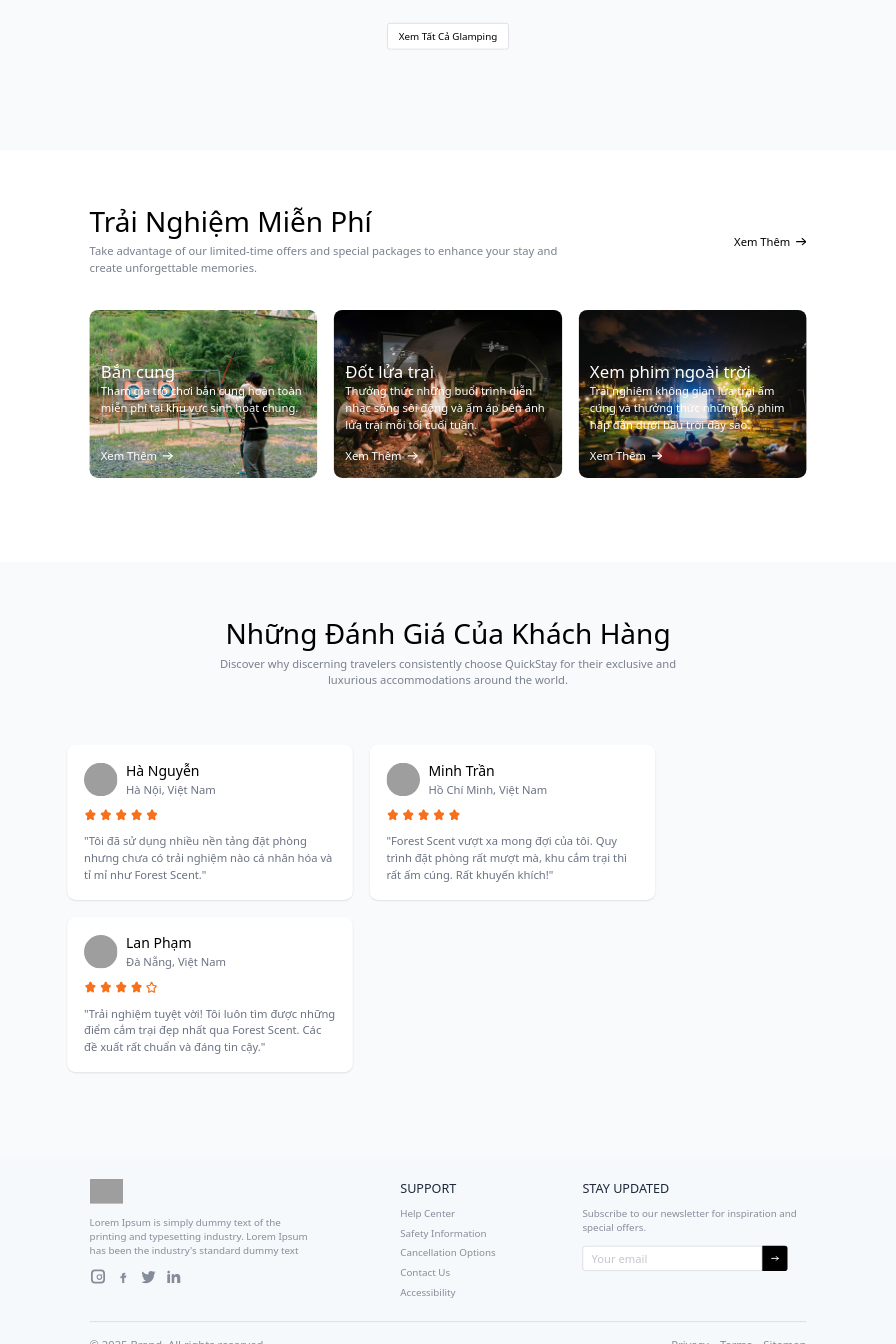
Repository: Ponn-Star/My-App
Page: / (app in FrontEnd/)
An editor plug-in stored every save of this project. The page is shown before and after the next save, followed by the edit.
The browser window is 1280 px wide. The pictures show the part of the page from y = 1384 to 3304 px (the page is 3337 px tall), at 70% of full size.
Pictures or frames that could not be fetched are drawn as grey boxes. The page's requests for data from a server got no answer. The project was rebuilt for these pictures with package versions that can differ from the ones it lists, and the page was loaded fresh each time. Some packages were replaced by stand-ins written for this rebuild. No one was signed in, and anything a server would have sent is missing. Also part of the build but not shown: FrontEnd/vite.config.js, FrontEnd/src/assets/assets.js, FrontEnd/src/components/Admin/Navbar.jsx, FrontEnd/src/pages/AllRooms.jsx, FrontEnd/src/pages/RoomDetails.jsx, FrontEnd/src/pages/MyBookings.jsx, FrontEnd/src/components/Admin/Sidebar.jsx, FrontEnd/src/pages/Admin/Layout.jsx and 5 more.

Above is the page before, as saved 2025-06-06 00:13:29.

### FrontEnd/index.html
<!doctype html>
<html lang="en">
  <head>
    <meta charset="UTF-8" />
    <link rel="icon" type="image/svg+xml" href="/favicon.svg" />
    <meta name="viewport" content="width=device-width, initial-scale=1.0" />
    <title>Booking</title>
  </head>
  <body>
    <div id="root"></div>
    <script type="module" src="/src/main.jsx"></script>
  </body>
</html>

### FrontEnd/src/main.jsx
import { StrictMode } from 'react'
import { createRoot } from 'react-dom/client'
import './index.css'
import App from './App.jsx'
import { BrowserRouter } from 'react-router-dom'
import { ClerkProvider } from '@clerk/clerk-react'
import { AppProvider } from './conext/AppContext.jsx'

const PUBLISHABLE_KEY = import.meta.env.VITE_CLERK_PUBLISHABLE_KEY

if (!PUBLISHABLE_KEY) {
  throw new Error('Add your Clerk Publishable Key to the .env file')
}

createRoot(document.getElementById('root')).render(
  <ClerkProvider publishableKey={PUBLISHABLE_KEY} afterSignOutUrl="/">
    <BrowserRouter>
      <AppProvider>
        <App />
      </AppProvider>
    </BrowserRouter>
    </ClerkProvider>,
)

### FrontEnd/src/App.jsx
import React from 'react'
import Navbar from './components/Navbar'
import AdminNavbar from './components/Admin/Navbar'
import { Route, Routes, useLocation } from 'react-router-dom'
import Home from './pages/Home'
import AllRooms from './pages/AllRooms';
import RoomDetails from './pages/RoomDetails';
import Footer from './components/Footer';
import MyBookings from './pages/MyBookings';
import Layout from './pages/Admin/Layout';
import Dashboard from './pages/Admin/Dashboard';
import ListRoom from './pages/Admin/ListRoom';
import AddRoom from './pages/Admin/AddRoom';
import AdminRoute from './components/AdminRoute'
import { Toaster } from 'react-hot-toast';
import Loader from './components/Loader'

function App() {

  const location = useLocation();
  const isAdminRoute = location.pathname.startsWith('/admin');

  return (
    <div>
      <Toaster />
      {isAdminRoute ? <AdminNavbar /> : <Navbar />}
      <div className='min-h-[70vh]'>
        <Routes>
        <Route path='/' element={<Home />} />
        <Route path='/rooms' element={<AllRooms />} />
        <Route path='/rooms/:id' element={<RoomDetails />} />
        <Route path='/my-bookings' element={<MyBookings />} />
        <Route path='/loader/:nextUrl' element={<Loader/>} />

        <Route path='/admin' element={<Layout />}>
          <Route index element={
            <AdminRoute>
              <Dashboard />
            </AdminRoute>
          } />
          <Route path='add-room' element={
            <AdminRoute>
              <AddRoom />
            </AdminRoute>
          } />
          <Route path='list-room' element={
            <AdminRoute>
              <ListRoom />
            </AdminRoute>
          } />
        </Route>
      </Routes>
      </div>
      <Footer />
    </div>
  )
}

export default App

### FrontEnd/src/conext/AppContext.jsx
import axios from "axios";
import { createContext, useContext, useState } from "react";
import { useNavigate } from "react-router-dom";
import { useUser, useAuth} from "@clerk/clerk-react";
import { toast } from 'react-hot-toast';
import { useEffect } from "react";


axios.defaults.baseURL = import.meta.env.VITE_BACKEND_URL;

const AppContext = createContext();

export const AppProvider = ({ children }) => {

    const currency = import.meta.env.VITE_CURENCY || ".000 VND";
    const navigate = useNavigate();
    const {user} = useUser();
    const { getToken } = useAuth();

    const [isOwner, setIsOwner] = useState(false)
    const [showRoomReg, setRoomReg] = useState(false)
    const [searchedRoomType, setsearchedRoomType] = useState([])

    const fetchUser = async ()=>{
        try {
            const { data } = await axios.get('/api/user', {
                headers: { Authorization: `Bearer ${await getToken()}` }
            });

            if (data.success) {
                setIsOwner(data.role === "Admin");
                setsearchedRoomType(data.recentSearchedRoomType);
            } else {
                setTimeout(() => {
                fetchUser();
                }, 5000);
            }
            } catch (error) {
                toast.error(error.message)
            }
        }

        useEffect(()=> {
            if(user){
                fetchUser();
            }
        },[user])


  const value = {
        currency, navigate, user, getToken, isOwner, setIsOwner, axios, showRoomReg, setRoomReg, searchedRoomType, setsearchedRoomType
  }

  return (
    <AppContext.Provider value={value}>
      {children}
    </AppContext.Provider>
  )
}

export const useAppContext = ()=> useContext(AppContext);

### FrontEnd/src/pages/Home.jsx
import React from 'react'
import Hero from '../components/Hero'
import FeaturedDestination from '../components/FeaturedDestination'
import ExclusiveOffers from '../components/ExclusiveOffers'
import Testimonial from '../components/Testimonial'

const Home = () => {
  return (
    <>
      <Hero />
      <FeaturedDestination />
      <ExclusiveOffers />
      <Testimonial />
    </>
  )
}

export default Home

### FrontEnd/src/components/Footer.jsx
import React from 'react'

const Footer = () => {
    return (
        <div className='bg-[#F6F9FC] text-gray-500/80 pt-8 px-6 md:px-16 lg:px-24 xl:px-32'>
            <div className='flex flex-wrap justify-between gap-12 md:gap-6'>
                <div className='max-w-80'>
                    <img src="https://raw.githubusercontent.com/prebuiltui/prebuiltui/main/assets/dummyLogo/dummyLogoColored.svg" alt="logo" className='mb-4 h-8 md:h-9' />
                    <p className='text-sm'>
                        Lorem Ipsum is simply dummy text of the printing and typesetting industry. Lorem Ipsum has been the industry's standard dummy text
                    </p>
                    <div className='flex items-center gap-3 mt-4'>
                        {/* Instagram */}
                        <svg className="w-6 h-6" fill="currentColor" viewBox="0 0 24 24">
                            <path d="M7.75 2A5.75 5.75 0 002 7.75v8.5A5.75 5.75 0 007.75 22h8.5A5.75 5.75 0 0022 16.25v-8.5A5.75 5.75 0 0016.25 2h-8.5zM4.5 7.75A3.25 3.25 0 017.75 4.5h8.5a3.25 3.25 0 013.25 3.25v8.5a3.25 3.25 0 01-3.25 3.25h-8.5a3.25 3.25 0 01-3.25-3.25v-8.5zm9.5 1a4 4 0 11-4 4 4 4 0 014-4zm0 1.5a2.5 2.5 0 102.5 2.5 2.5 2.5 0 00-2.5-2.5zm3.5-.75a.75.75 0 11.75-.75.75.75 0 01-.75.75z" />
                        </svg>
                        {/* Facebook */}
                        <svg className="w-6 h-6" fill="currentColor" viewBox="0 0 24 24">
                            <path d="M13.5 9H15V6.5h-1.5c-1.933 0-3.5 1.567-3.5 3.5v1.5H8v3h2.5V21h3v-7.5H16l.5-3h-3z" />
                        </svg>
                        {/* Twitter */}
                        <svg className="w-6 h-6" fill="currentColor" viewBox="0 0 24 24">
                            <path d="M22 5.92a8.2 8.2 0 01-2.36.65A4.1 4.1 0 0021.4 4a8.27 8.27 0 01-2.6 1A4.14 4.14 0 0016 4a4.15 4.15 0 00-4.15 4.15c0 .32.04.64.1.94a11.75 11.75 0 01-8.52-4.32 4.14 4.14 0 001.29 5.54A4.1 4.1 0 013 10v.05a4.15 4.15 0 003.33 4.07 4.12 4.12 0 01-1.87.07 4.16 4.16 0 003.88 2.89A8.33 8.33 0 012 19.56a11.72 11.72 0 006.29 1.84c7.55 0 11.68-6.25 11.68-11.67 0-.18 0-.35-.01-.53A8.18 8.18 0 0022 5.92z" />
                        </svg>
                        {/* LinkedIn */}
                        <svg className="w-6 h-6" fill="currentColor" viewBox="0 0 24 24">
                            <path d="M4.98 3.5C3.88 3.5 3 4.38 3 5.48c0 1.1.88 1.98 1.98 1.98h.02c1.1 0 1.98-.88 1.98-1.98C6.98 4.38 6.1 3.5 4.98 3.5zM3 8.75h3.96V21H3V8.75zm6.25 0h3.8v1.68h.05c.53-.98 1.82-2.02 3.75-2.02 4.01 0 4.75 2.64 4.75 6.07V21H17v-5.63c0-1.34-.03-3.07-1.88-3.07-1.88 0-2.17 1.47-2.17 2.98V21H9.25V8.75z" />
                        </svg>
                    </div>
                </div>

                <div>
                    <p className='text-lg text-gray-800'>SUPPORT</p>
                    <ul className='mt-3 flex flex-col gap-2 text-sm'>
                        <li><a href="#">Help Center</a></li>
                        <li><a href="#">Safety Information</a></li>
                        <li><a href="#">Cancellation Options</a></li>
                        <li><a href="#">Contact Us</a></li>
                        <li><a href="#">Accessibility</a></li>
                    </ul>
                </div>

                <div className='max-w-80'>
                    <p className='text-lg text-gray-800'>STAY UPDATED</p>
                    <p className='mt-3 text-sm'>
                        Subscribe to our newsletter for inspiration and special offers.
                    </p>
                    <div className='flex items-center mt-4'>
                        <input type="text" className='bg-white rounded-l border border-gray-300 h-9 px-3 outline-none' placeholder='Your email' />
                        <button className='flex items-center justify-center bg-black h-9 w-9 aspect-square rounded-r'>
                            {/* Arrow icon */}
                            <svg className="w-4 h-4 text-white" aria-hidden="true" xmlns="http://www.w3.org/2000/svg" width="24" height="24" fill="none" viewBox="0 0 24 24"><path stroke="currentColor" strokeLinecap="round" strokeLinejoin="round" strokeWidth="2" d="M19 12H5m14 0-4 4m4-4-4-4" /></svg>
                        </button>
                    </div>
                </div>
            </div>
            <hr className='border-gray-300 mt-8' />
            <div className='flex flex-col md:flex-row gap-2 items-center justify-between py-5'>
                <p>© {new Date().getFullYear()} Brand. All rights reserved.</p>
                <ul className='flex items-center gap-4'>
                    <li><a href="#">Privacy</a></li>
                    <li><a href="#">Terms</a></li>
                    <li><a href="#">Sitemap</a></li>
                </ul>
            </div>
        </div>
    );
};

export default Footer;

### FrontEnd/src/components/Hero.jsx
import React from 'react'
import { roomTypes } from '../assets/assets'

const Hero = () => {
  return (
    <div className='flex flex-col items-start justify-center px-6 md:px-16 lg:px-24 xl:px-32 text-white bg-[url("/src/assets/nen.jpg")] bg-no-repeat bg-cover bg-center h-screen'>
      <p className="bg-[#49B9FF]/50 px-3.5 py-1 rounded-full mt-20">The Premium Glamping</p>
      <h1 className="font-playfair text-2x1 md:text-5x1 md:text-[50px] md:leading-[56px] font-bold md:font-extrabold max-w-xl mt-4">CỰC CHILL CẮM TRẠI BBQ TRƯỚC LỀU!</h1>
      <p className="max-w-170 mt-2 text-sm md:text-base">Giữa rừng thông lặng lẽ, 𝐅𝐨𝐫𝐞𝐬𝐭 𝐒𝐜𝐞𝐧𝐭 𝐆𝐥𝐚𝐦𝐩𝐢𝐧𝐠 & 𝐂𝐚𝐦𝐩𝐢𝐧𝐠 không ồn ào, không vội vã, không deadline. Chỉ cần xách balo lên và để 𝐅𝐨𝐫𝐞𝐬𝐭 𝐒𝐜𝐞𝐧𝐭 lo. Mọi thứ đã sẵn sàng để bạn “nghỉ ngơi” đúng nghĩa</p>

      <form className='bg-white text-gray-500 rounded-lg px-6 py-4 flex flex-col md:flex-row max-md:items-start gap-4 max-md:mx-auto mt-10'>

            <div>
                <div className='flex items-center gap-2'>
                    <svg className="w-4 h-4 text-gray-800" aria-hidden="true" xmlns="http://www.w3.org/2000/svg" width="24" height="24" fill="none" viewBox="0 0 24 24" >
                        <path stroke="currentColor" strokeLinecap="round" strokeLinejoin="round" strokeWidth="2" d="M4 10h16M8 14h8m-4-7V4M7 7V4m10 3V4M5 20h14a1 1 0 0 0 1-1V7a1 1 0 0 0-1-1H5a1 1 0 0 0-1 1v12a1 1 0 0 0 1 1Z" />
                    </svg>
                    <label htmlFor="destinationInput">Destination</label>
                </div>
                <input list='destinations' id="destinationInput" type="text" className=" rounded border border-gray-200 px-3 py-1.5 mt-1.5 text-sm outline-none" placeholder="Type here" required />
                <datalist id='destinations'>
                  {roomTypes.map((city, index) => (
                    <option value={index} key={city}/>
                  ))}
                  /</datalist>
            </div>

            <div>
                <div className='flex items-center gap-2'>
                    <svg className="w-4 h-4 text-gray-800" aria-hidden="true" xmlns="http://www.w3.org/2000/svg" width="24" height="24" fill="none" viewBox="0 0 24 24" >
                        <path stroke="currentColor" strokeLinecap="round" strokeLinejoin="round" strokeWidth="2" d="M4 10h16M8 14h8m-4-7V4M7 7V4m10 3V4M5 20h14a1 1 0 0 0 1-1V7a1 1 0 0 0-1-1H5a1 1 0 0 0-1 1v12a1 1 0 0 0 1 1Z" />
                    </svg>
                    <label htmlFor="checkIn">Check in</label>
                </div>
                <input id="checkIn" type="date" className=" rounded border border-gray-200 px-3 py-1.5 mt-1.5 text-sm outline-none" />
            </div>

            <div>
                <div className='flex items-center gap-2'>
                    <svg className="w-4 h-4 text-gray-800" aria-hidden="true" xmlns="http://www.w3.org/2000/svg" width="24" height="24" fill="none" viewBox="0 0 24 24" >
                        <path stroke="currentColor" strokeLinecap="round" strokeLinejoin="round" strokeWidth="2" d="M4 10h16M8 14h8m-4-7V4M7 7V4m10 3V4M5 20h14a1 1 0 0 0 1-1V7a1 1 0 0 0-1-1H5a1 1 0 0 0-1 1v12a1 1 0 0 0 1 1Z" />
                    </svg>
                    <label htmlFor="checkOut">Check out</label>
                </div>
                <input id="checkOut" type="date" className=" rounded border border-gray-200 px-3 py-1.5 mt-1.5 text-sm outline-none" />
            </div>

            <div className='flex md:flex-col max-md:gap-2 max-md:items-center'>
                <label htmlFor="guests">Guests</label>
                <input min={1} max={4} id="guests" type="number" className=" rounded border border-gray-200 px-3 py-1.5 mt-1.5 text-sm outline-none  max-w-16" placeholder="0" />
            </div>

            <button className='flex items-center justify-center gap-1 rounded-md bg-black py-3 px-4 text-white my-auto cursor-pointer max-md:w-full max-md:py-1' >
                <svg className="w-4 h-4 text-white" aria-hidden="true" xmlns="http://www.w3.org/2000/svg" width="24" height="24" fill="none" viewBox="0 0 24 24" >
                    <path stroke="currentColor" strokeLinecap="round" strokeWidth="2" d="m21 21-3.5-3.5M17 10a7 7 0 1 1-14 0 7 7 0 0 1 14 0Z" />
                </svg>
                <span>Search</span>
            </button>
        </form>
    </div>
  )
}

export default Hero

### FrontEnd/src/components/FeaturedDestination.jsx
import React from 'react'
import HotelCard from './HotelCard'
import { Rooms } from '../assets/assets'
import Title from './Title'
import { useNavigate } from 'react-router-dom'

const FeaturedDestination = () => {

  const navigate = useNavigate()

  return (
    <div className='flex flex-col items-center px-6 md:px-16 lg:px-24 bg-slate-50 py-20'>

        <Title title='Glampings' subTitle='Khám phá và trải nghiệm những dịch vụ mà Forest Scent mang đến cho bạn. Hãy lựa chọn Glamping – nơi hòa quyện giữa thiên nhiên hoang dã và tiện nghi sang trọng, mang đến cho bạn trải nghiệm khó quên.' />

        <div className='flex flex-wrap items-center justify-between gap-6 mt-20'>
        {Rooms.slice(0, 4).map((room, index) => (
            <HotelCard key={room._id} room={room} index={index} />
        ))}
        </div>

        <button onClick={() => { navigate('/rooms'); scrollTo(0, 0); }}
        className="my-16 px-4 py-2 text-sm font-medium border border-gray-300 rounded bg-white hover:bg-gray-50 transition-all cursor-pointer">
          Xem Tất Cả Glamping
        </button>
    </div>
  )
}

export default FeaturedDestination

### FrontEnd/src/components/ExclusiveOffers.jsx
import React from 'react'
import Title from './Title'
import { assets, services } from '../assets/assets'

const ExclusiveOffers = () => {
  return (
    <div className='flex flex-col items-center px-6 md:px-16 lg:px-24 xl:px-32 pt-20 pb-30'>
      <div className='flex flex-col md:flex-row items-center justify-between w-full'>
        <Title align='left' title='Trải Nghiệm Miễn Phí' subTitle='Take advantage of our limited-time offers and special packages to enhance your stay and create unforgettable memories.'/>
        <button className='group flex items-center gap-2 font-medium cursor-pointer max-md:mt-12'>
            Xem Thêm
            <img src={assets.arrowIcon} alt="arrow-icon"
            className='group-hover:translate-x-1 transition-all'/>
        </button>
      </div>

      <div className='grid grid-cols-1 md:grid-cols-2 lg:grid-cols-3 gap-6 mt-12'>
        {services.map((item) => (
            <div key={item._id} className='group relative flex flex-col items-start justify-between gap-1 pt-12 md:pt-18 px-4 rounded-xl text-white bg-no-repeat bg-cover bg-center'
            style={{ backgroundImage: `url(${item.image})` }}>
                <div>
                    <p className='text-2xl font-medium font-playfair'>{item.title}</p>
                    <p>{item.description}</p>
                </div>
                <button className='flex items-center gap-2 font-medium cursor-pointer mt-4 mb-5'>
                    Xem Thêm
                    <img className='invert group-hover:translate-x-1 transition-all'
                    src={assets.arrowIcon} alt=""
                    />
                </button>
            </div>
        ))}
      </div>
    </div>
  )
}

export default ExclusiveOffers

### FrontEnd/src/components/Testimonial.jsx
import React from 'react'
import Title from './Title'
import { testimonials } from '../assets/assets'
import StarRating from './StarRating'

const Testimonial = () => {
  return (
    <div className='flex flex-col items-center px-6 md:px-16 lg:px-24 bg-slate-50 pt-20 pb-30'>
      <Title
        title="Những Đánh Giá Của Khách Hàng"
        subTitle="Discover why discerning travelers consistently choose QuickStay for their exclusive and luxurious accommodations around the world."
      />

      <div className="flex flex-wrap items-center gap-6 mt-20">
        {testimonials.length === 0 && (
          <p className="text-gray-400">Không có dữ liệu đánh giá.</p>
        )}
        {testimonials.map((t, idx) => (
          <div key={idx} className="bg-white p-6 rounded-xl shadow">
            <div className="flex items-center gap-3">
              <img className="w-12 h-12 rounded-full" src={t.image} alt={t.name} />
              <div>
                <p className="font-playfair text-xl">{t.name}</p>
                <p className="text-gray-500">{t.address}</p>
              </div>
            </div>
            <div className="flex items-center gap-1 mt-4">
              <StarRating rating={t.rating} />
            </div>
            <p className="text-gray-500 max-w-90 mt-4">"{t.review}"</p>
          </div>
        ))}
      </div>
    </div>
  )
}

export default Testimonial

### FrontEnd/src/components/StarRating.jsx
import React from 'react'
import { assets } from '../assets/assets'


const StarRating = ({rating = 4}) => {
  return (
    <>
      {Array(5).fill('').map((_, index) => (
            <img src={rating > index ? assets.starIconFilled : assets.starIconOutlined} alt="star-icon" className='w-4.5 h-4.5'/>
        ))}
    </>
  )
}

export default StarRating

### FrontEnd/src/components/Title.jsx
import React from 'react'

const Title = ({title, subTitle, align, font}) => {
    return (
        <div className={`flex flex-col justify-center items-center text-center ${align === "left" && "md:items-start md:text-left"}`}>
          <h1 className={`text-4xl md:text-[40px] ${font || "font-playfair"}`}>{title}</h1>
          <p className="text-sm md:text-base text-gray-500/90 mt-2 max-w-174">{subTitle}</p>
        </div>
  )
}

export default Title

### FrontEnd/src/components/HotelCard.jsx
import React from 'react'
import { Link } from 'react-router-dom'
import { assets } from '../assets/assets'

const HOTEL_NAME = "Forest Scent Glamping"
const HOTEL_ADDRESS = "86 Khe Sanh, Phường 10, Thành Phố Đà Lạt, Đà Lạt, Vietnam"

const HotelCard = ({ room, index }) => {
  return (
    <Link
      to={'/room/' + room._id}
      onClick={() => window.scrollTo(0, 0)}
      className='relative max-w-70 w-full rounded-xl overflow-hidden bg-white text-gray-500/90 shadow-[0px_4px_4px_rgba(0,0,0,0.05)]'
    >
      <img src={room.images[0]} alt={room.roomType} className="w-full object-cover" />

      {index % 2 === 0 && (
        <p className='px-3 py-1 absolute top-3 left-3 text-xs bg-white text-gray-800 font-medium rounded-full'>
          Best Seller
        </p>
      )}

      <div className='p-4 pt-5'>
        <div className='flex items-center justify-between'>
          <p className='font-playfair text-xl font-medium text-gray-800'>{room.roomType}</p>
          <div className='flex items-center gap-1'>
            <img src={assets.starIconFilled} alt="star-icon" className="w-4 h-4" /> 4.5
          </div>
        </div>

        <div className='flex items-center gap-1 text-sm mt-1'>
          <img src={assets.locationIcon} alt="location-icon" className="w-4 h-4" />
          <span>{HOTEL_ADDRESS}</span>
        </div>

        <div className='flex items-center justify-between mt-4'>
          <p>
            <span className='text-xl text-gray-800'>{room.pricePerNight}</span>.000/Đêm
          </p>
          <button className='px-4 py-2 text-sm font-medium border border-gray-300 rounded bg-gray-50 transition-all cursor-pointer'>
            Book Now
          </button>
        </div>
      </div>
    </Link>
  )
}

export default HotelCard

Loaded but not shown: FrontEnd/src/index.css (common file); FrontEnd/src/components/Navbar.jsx (125 lines, source omitted)

After the next save:
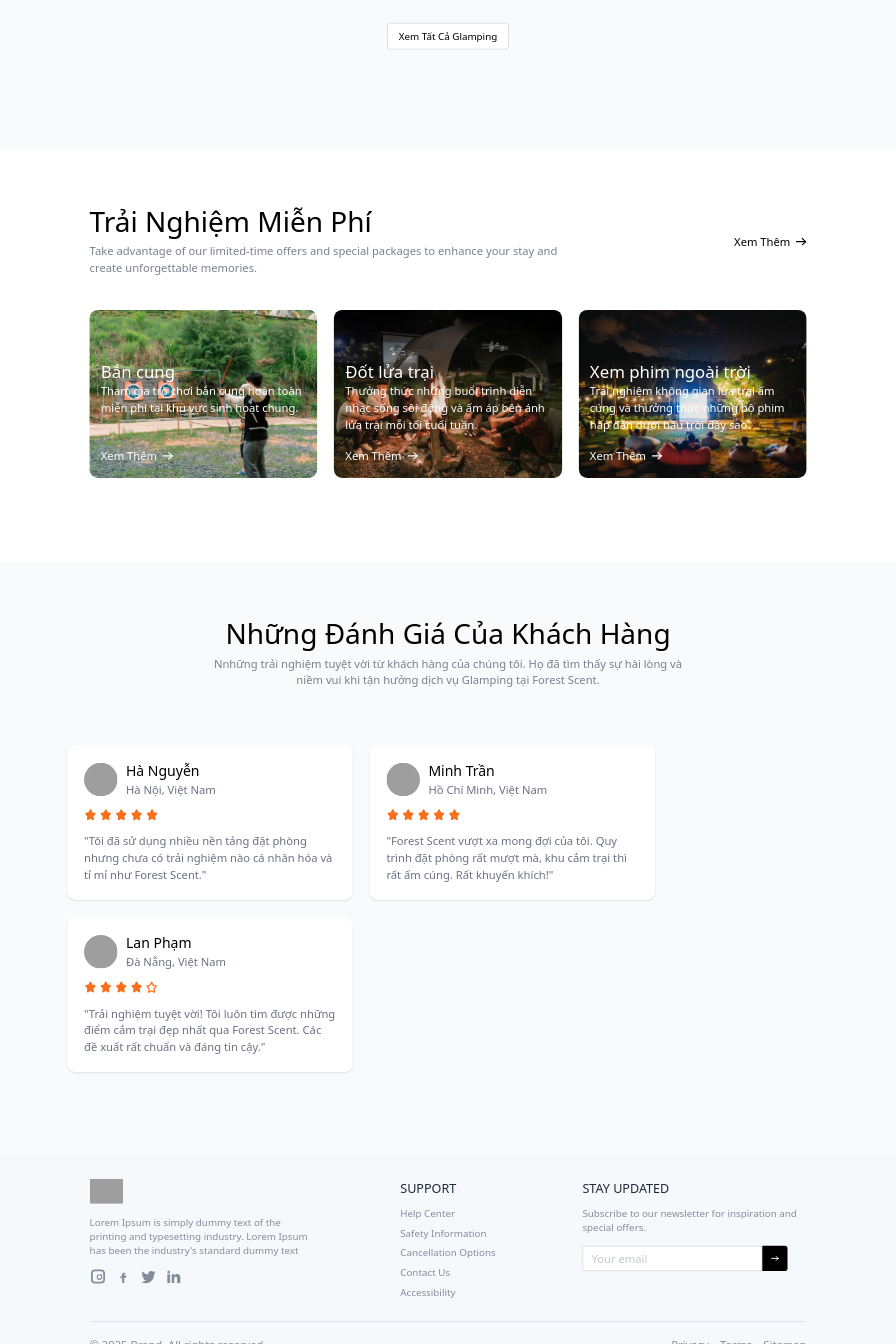
Saved 21 s later.
--- a/FrontEnd/src/components/Testimonial.jsx
+++ b/FrontEnd/src/components/Testimonial.jsx
@@ -8,7 +8,7 @@ const Testimonial = () => {
     <div className='flex flex-col items-center px-6 md:px-16 lg:px-24 bg-slate-50 pt-20 pb-30'>
       <Title
         title="Những Đánh Giá Của Khách Hàng"
-        subTitle="Discover why discerning travelers consistently choose QuickStay for their exclusive and luxurious accommodations around the world."
+        subTitle="Nnhững trải nghiệm tuyệt vời từ khách hàng của chúng tôi. Họ đã tìm thấy sự hài lòng và niềm vui khi tận hưởng dịch vụ Glamping tại Forest Scent."
       />
 
       <div className="flex flex-wrap items-center gap-6 mt-20">
